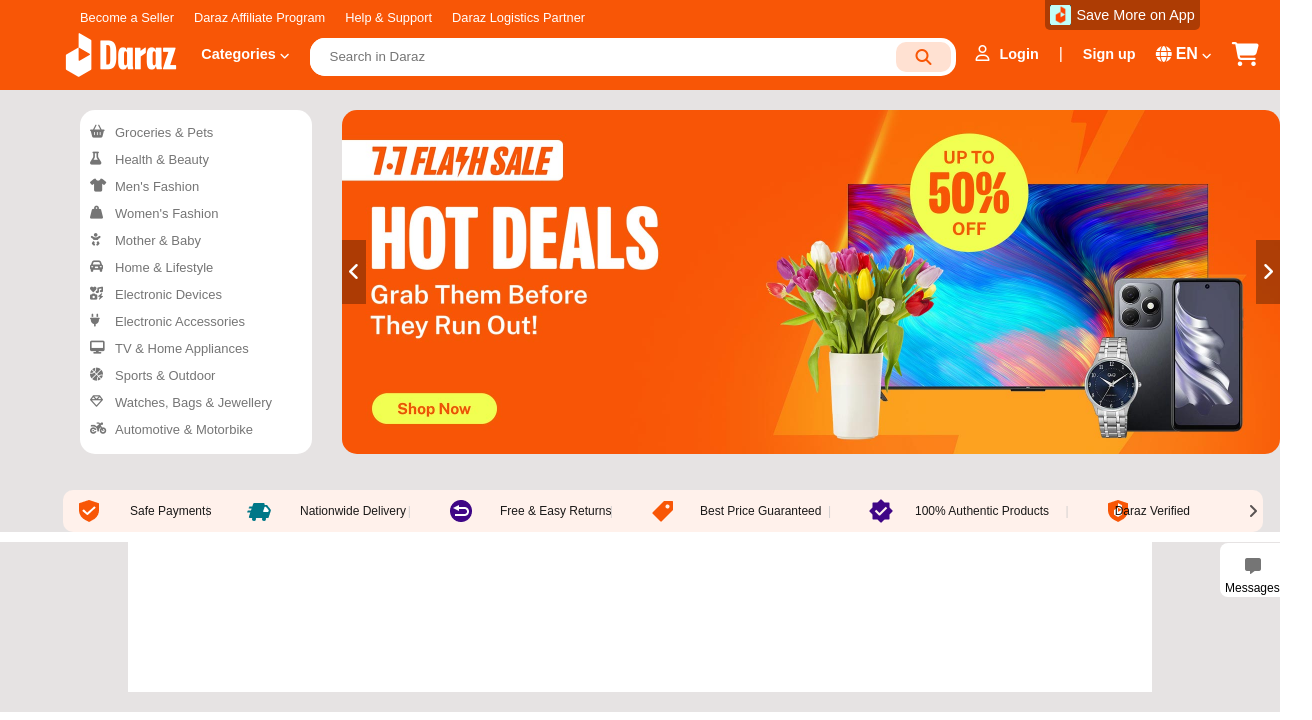
Repository: ubiadurrahman/Draz---Clone
Page: daraz.html
An editor plug-in stored every save of this project. The page is shown before and after the next save, followed by the edit.
The browser window is 1280 px wide. The page is 1312 px wide, so the pictures cover 1312 px, including what lies to the right of the window. The pictures show the whole page.

Above is the page before, as saved 2024-07-11 06:27:42.

### daraz.html
<!DOCTYPE html>
<html lang="en">

<head>
    <meta charset="UTF-8">
    <meta name="viewport" content="width=device-width, initial-scale=1.0">
    <title>Daraz</title>
    <link rel="stylesheet" href="https://cdnjs.cloudflare.com/ajax/libs/font-awesome/6.5.2/css/all.min.css"
        integrity="sha512-SnH5WK+bZxgPHs44uWIX+LLJAJ9/2PkPKZ5QiAj6Ta86w+fsb2TkcmfRyVX3pBnMFcV7oQPJkl9QevSCWr3W6A=="
        crossorigin="anonymous" referrerpolicy="no-referrer" />
    <link rel="stylesheet" href="daraz.css">
</head>

<body>
    <header>
        <section class="head-top">
            <div class="topleft">
                <div class="topspace"></div>
                <div class="topleft1">
                    <p class="tophover">Become a Seller</p>
                </div>
                <div class="topleft2">
                    <p class="tophover"> Daraz Affiliate Program</p>
                </div>
                <div class="topleft3">
                    <p class="tophover"> Help & Support</p>
                </div>
                <div class="topleft4">
                    <p class="tophover"> Daraz Logistics Partner</p>
                </div>
            </div>
            <div class="topright">
                <img src="download (1).png" alt="">
                <p class="tophover"> Save More on App</p>
            </div>
        </section>
        <section class="mainhead">
            <div class="logo">
                <img src="daraz-logo.png" alt="">
            </div>
            <div class="category">
                <p>Categories</p>
                <i class="down fa-solid fa-angle-down"></i>
            </div>
            <div class="search">
                <input type="search" placeholder="Search in Daraz">
                <i class="search-icon fa-solid fa-magnifying-glass"></i>
            </div>
            <div class="login">
                <div class="loginicon box">
                    <i class="fa-regular fa-user"></i>
                </div>
                <p>Login</p>
            </div>
            <div class="mainhead-space">
                <p>|</p>
            </div>
            <div class="signup">
                <p>Sign up</p>
            </div>
            <div class="language">
                <i class="fa-solid fa-globe"></i>
                <p>EN</p>
                <i class="down fa-solid fa-angle-down"></i>
            </div>
            <div class="cart">
                <i class="fa-solid fa-cart-shopping"></i>
            </div>
        </section>
    </header>
    <section class="hero-section">
        <div class="first">
            <div class="first-p paragraph">
                <i class="icon fa-solid fa-basket-shopping"></i>
                <p>Groceries & Pets</p>
            </div>
            <div class="second-p paragraph">
                <i class="icon fa-solid fa-flask"></i>
                <p>Health & Beauty</p>
            </div>
            <div class="third-p paragraph">
                <i class="icon fa-solid fa-shirt"></i>
                <p>Men's Fashion</p>
            </div>
            <div class="four-p paragraph">
                <i class="icon fa-solid fa-weight-hanging"></i>
                <p>Women's Fashion</p>
            </div>
            <div class="fifth-p paragraph">
                <i class="icon fa-solid fa-baby"></i>
                <p>Mother & Baby</p>
            </div>
            <div class="six-p paragraph">
                <i class="icon fa-solid fa-car-rear"></i>
                <p>Home & Lifestyle</p>
            </div>
            <div class="seven-p paragraph">
                <i class="icon fa-solid fa-icons"></i>
                <p>Electronic Devices</p>
            </div>
            <div class="eight-p paragraph">
                <i class="icon fa-solid fa-plug"></i>
                <p>Electronic Accessories</p>
            </div>
            <div class="nine-p paragraph">
                <i class="icon fa-solid fa-desktop"></i>
                <p>TV & Home Appliances</p>
            </div>
            <div class="ten-p paragraph">
                <i class="icon fa-solid fa-basketball"></i>
                <p>Sports & Outdoor</p>
            </div>
            <div class="eleven-p paragraph">
                <i class="icon fa-regular fa-gem"></i>
                <p>Watches, Bags & Jewellery</p>
            </div>
            <div class="twelve-p paragraph">
                <i class="icon fa-solid fa-motorcycle"></i>
                <p>Automotive & Motorbike</p>
            </div>
        </div>
        <div class="image-container">
            <div class="image-list">

                <div class="image-item">
                    <img src="hero-1.jpg" alt="">
                </div>
                <div class="image-btn">
                    <button class="slide-btn frst"><i class="fa-solid fa-angle-left"></i></button>
                    <button class="slide-btn-sec"><i class="fa-solid fa-angle-right"></i></button>

                </div>
            </div>
    </section>
    <div class="sec">
        <div class="br">
            <div class="sec-fst">
                <img src="sec-fst.png" alt="">
            </div>
            <p class="sec-fstp">Safe Payments</p>
            <div class="slash">
                <p>|</p>
            </div>
            <div class="sec-sec">
                <img src="sec-sec.png" alt="">
            </div>
            <div class="sec-secp">
                <p>Nationwide Delivery</p>
            </div>
            <div class="slash">
                <p>|</p>
            </div>
            <div class="sec-third">
                <img src="sec-third.png" alt="">
            </div>
            <p class="sec-thirdp">Free & Easy Returns</p>
            <div class="slash">
                <p>|</p>
            </div>
            <div class="sec-four">
                <img src="sec-four.png" alt="">
            </div>
            <div class="sec-fourp">
                <p>Best Price Guaranteed</p>
            </div>
            <div class="slash">
                <p>|</p>
            </div>
            <div class="sec-fifth">
                <img src="sec-fifth.png" alt="">
            </div>
            <div class="sec-fifthp">
                <p>100% Authentic Products</p>
            </div>
            <div class="slash">
                <p>|</p>
            </div>
            <div class="sec-six">
                <img src="sec-six.png" alt="">
            </div>
            <div class="sec-sixp">
                <p>Daraz Verified</p>
            </div>
            <div class="angle">
                <i class="fa-solid fa-angle-right"></i>
            </div>
        </div>
    </div>

<div class="m-box">
    <div class="msg-box">
        <div class="icon-box">
            <i class="fa-solid fa-message"></i>
        </div>
        <div class="message-box">
            <p>Messages</p>
        </div>
    </div>

    <div class="mid-pic">

    </div>

    </div>

</body>

</html>

### daraz.css
* {
    margin: 0px;
    padding: 0px;
    border: border-box;
    font-family: "Robot", sans-serif;
}

header {
    height: 90px;
    width: 100%;
    background-color: #f85606;
    color: white;
}

.head-top {
    height: 30px;
    display: flex;
}

.topleft {
    display: flex;
    align-items: center;
    gap: 20px;
    padding-top: 5px;
    font-size: 0.8rem;
}

.topspace {
    width: 60px;
}

/* TopRight */
.topright {
    width: 145px;
    height: 30px;
    display: flex;
    position: absolute;
    right: 80px;
    align-items: center;
    justify-content: center;
    gap: 5px;
    background-color: #0000004d;
    padding: 0px 5px;
    border-bottom-right-radius: 5px;
    border-bottom-left-radius: 5px;
    cursor: pointer;
}

.topright img {
    height: 20px;
}

.topright p {
    font-size: 0.9rem;
}

.topleft1 p {
    cursor: pointer;
}

.topleft2 p {
    cursor: pointer;
}

.topleft3 p {
    cursor: pointer;
}

.tophover:hover {
    color: #cdcdcd;
}

/* +++++++++++++++++++++Main Head+++++++++++++++++++++ */
.mainhead {
    display: flex;
    align-items: center;
    justify-content: center;
    gap: 20px;
}

.logo {
    width: 120px;
    height: 48px;
    margin-left: 40px;
}

.logo img {
    height: 48px;
}

.category {
    display: flex;
    align-items: center;
    justify-content: center;
    gap: 4px;
}

.category p {
    font-size: 0.9rem;
    font-weight: 700;
}

.category:hover {
    background-color: #d45617;
    width: 90px;
    height: 35px;
    border-radius: 10px;
}

.search {
    width: 646px;
    height: 38px;
    display: flex;
    align-items: center;
    justify-content: space-around;
    background-color: white;
    border-radius: 15px;
    margin-top: 5px;
}

.search input {
    width: 100%;
    height: 100%;
    border: none;
    outline: none;
    padding-left: 20px;
    border-radius: 15px;
}

placeholder {
    color: #a1a09e;
}

.search i {
    width: 60px;
    height: 30px;
    background-color: #ffe1d2;
    color: #f85606;
    border-radius: 10px;
    display: flex;
    align-items: center;
    justify-content: center;
    margin-right: 5px;
    cursor: pointer;
}

.login {
    display: flex;
    align-items: center;
    justify-content: center;
    gap: 10px;
    cursor: pointer;
}

.login p {
    font-size: 0.9rem;
    font-weight: 700;
}

.login:hover {
    background-color: #d45617;
    width: 80px;
    height: 35px;
    border-radius: 10px;
}

.language {
    display: flex;
    align-items: center;
    justify-content: center;
    gap: 4px;
    cursor: pointer;
}

.signup p {
    font-size: 0.9rem;
    font-weight: 700;
}

.signup:hover {
    display: flex;
    align-items: center;
    justify-content: center;
    background-color: #d45617;
    width: 60px;
    height: 35px;
    border-radius: 10px;
}

.language:hover {
    background-color: #d45617;
    width: 60px;
    height: 35px;
    border-radius: 10px;
}

.language p {
    font-weight: 600;
}

.down {
    font-size: 0.7rem;
    padding-top: 5px;
}

.cart i {
    font-size: 1.5rem;
}

.cart:hover {
    display: flex;
    align-items: center;
    justify-content: center;
    background-color: #d45617;
    width: 40px;
    height: 35px;
    border-radius: 10px;
}

/* Hero Section */

.hero-section {
    display: flex;
    width: 100%;
    height: 400px;
    background-color: #e6e3e3;
}

.first {
    width: 239.23px;
    height: 344px;
    background-color: white;
    margin-top: 20px;
    margin-left: 80px;
    color: #757575;
    border-radius: 15px;
}

.paragraph {
    display: flex;
    width: 172px;
    height: 27px;
    font-size: 13px;
    margin: 0px 0px 0px 35px;
}

.first-p {
    display: flex;
    width: 172px;
    height: 27px;
    font-size: 13px;
    margin: 15px 0px 0px 35px;
}

.icon {

    position: absolute;
    left: 90px;
}

.image-container{
    position: relative;
    /* width: 938px;
    height: 344px;
    margin-top: 20px;
    margin-left: 30px;
    background-size: cover;
    border-radius: 15px; */
}
.image-list {
    display: flex;
}
.image-item {
    min-width: 14%;

}
.image-item img {
    width: 938px;
    height: 344px;
    margin-top: 20px;
    margin-left: 30px;
    background-size: cover;
    border-radius: 15px;
}

.image-btn {
    position: absolute;
    top: 0;
    display: flex;
    justify-content: space-between;
    width: 1000px;
}
.slide-btn {
    width: 24px;
    height: 64px;
    font-size: 20px;
    color: white;
    background-color: #0000004d;
    border: transparent;
    margin-top: 150px;
    margin-left: 30px;
    margin-right: 32px;
}
.slide-btn-sec{
    width: 24px;
    height: 64px;
    font-size: 20px;
    color: white;
    background-color: #0000004d;
    border: transparent;
    margin-top: 150px;
    margin-left: 30px;
    margin-right: 32px;
}
.sec {
    display: flex;
    align-items: center;
    justify-content: space-evenly;
    background-color:#e6e3e3;
}
.br {
    display: flex;
    justify-content: space-evenly;
    align-items: center;
    color: #000000e6;
    background-color: #fff1eb;
    width: 1200px;
    height: 42px;
    margin-left: 46px;
    font-size: 12px;
    border-radius: 10px;
}
.br:hover {
    background-color: rgb(247, 236, 238);
}
.sec-fst {
    display: flex;
    align-items: center;
    width: 100.3px;
    height: 12px;
}
.sec-fstp{
    font-size: 12px;
    position: absolute;
    left: 130px;
}
.sec-sec {
    display: flex;
    align-items: center;
    width: 131.75px;
    height: 12px;
}
.sec-secp{
    font-size: 12px;
    position: absolute;
    left: 300px;
}
.sec-third {
    display: flex;
    align-items: center;
    width: 132.36px;
    height: 12px;
}
.sec-thirdp{
    font-size: 12px;
    position: absolute;
    left: 500px;
}
.sec-four {
    display: flex;
    align-items: center;
    width: 148.45px;
    height: 12px;
}
.sec-fourp{
    font-size: 12px;
    position: absolute;
    left: 700px;
}
.sec-fifth {
    display: flex;
    align-items: center;
    width: 167.59px;
    height: 12px;
}
.sec-fifthp{
    font-size: 12px;
    position: absolute;
    left: 915px;
}
.sec-six {
    display: flex;
    align-items: center;
    width: 92.69px;
    height: 12px;
}
.sec-sixp{
    font-size: 12px;
    position: absolute;
    right: 90px;
}
.br img {
    width: 24px;
    height: 24px;
}

.slash {
    display: flex;
    align-items: center;
    color: #d3d0d0;
    width: 21px;
    height: 22px;
    padding: 0px 6px 0px 15px;
}
.angle {
    color:#585252;
    font-size: 1rem;
    width: 26px;
    height: 16px;
    position: relative;
    left: 25px;
    padding: 0px 0px 0px 10px;
}

.m-box{
    width: 100%;
    height: 170px;
    background-color: #e6e3e3;
}
.msg-box {
    justify-content: center;
    align-items: center;
    width: 60px;
    height: 54px;
    background-color: white;
    position: fixed;
    right: 0px;
    top: 542.5px;
    border-top-left-radius: 8px;
    border-bottom-left-radius: 8px;
}

.icon-box{
    margin-left: 25px;
    margin-top: 15px;
    width: 22px;
    height: 18.34px;
    color: #757575;
}

.message-box {
    justify-content: center;
    margin-left: 5px;
    margin-top: 5px;
    width: 54.7px;
    height: 13.8px;
    font-size: 0.75rem;
}

.mid-pic {
    width: 80%;
    height: 150px;
    background-color: white;
    margin-left: 10%;
    margin-top: 10px;
}

After the next save:
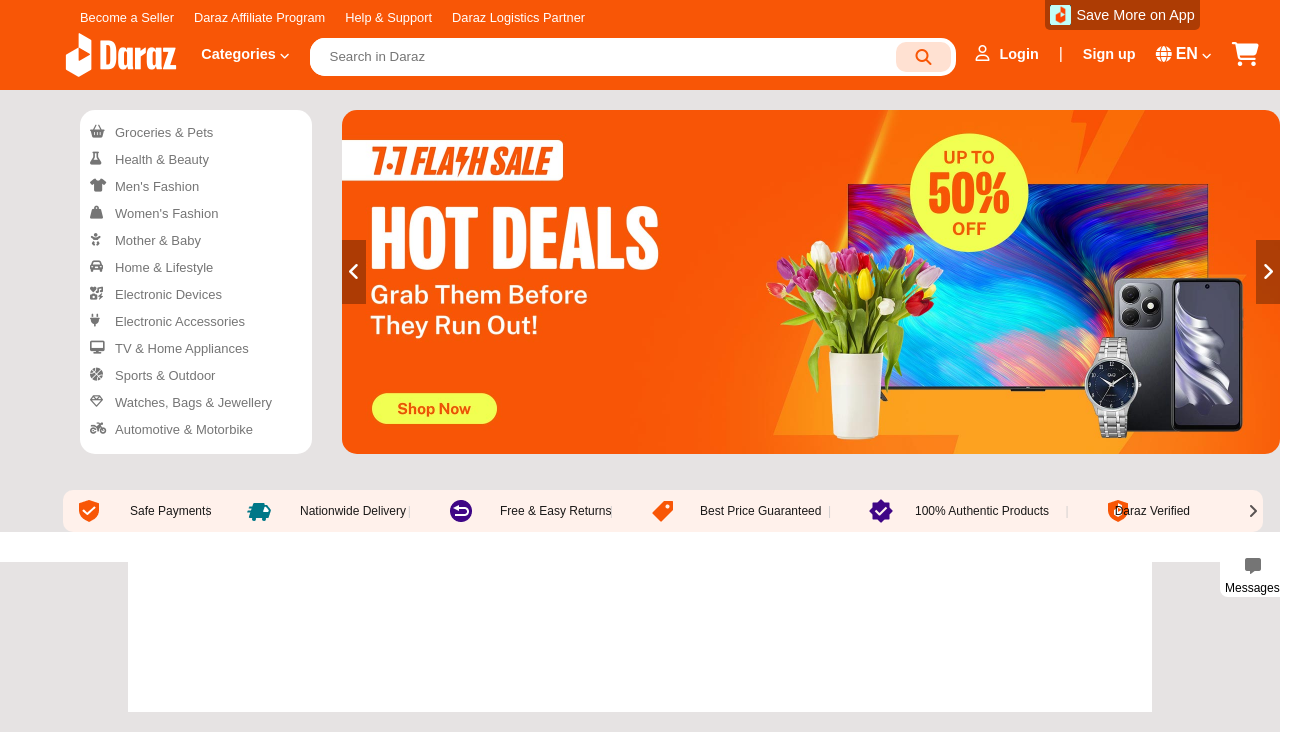
Saved 37 s later.
--- a/daraz.css
+++ b/daraz.css
@@ -462,5 +462,5 @@
     height: 150px;
     background-color: white;
     margin-left: 10%;
-    margin-top: 10px;
-}
+    margin-top: 30px;
+}
